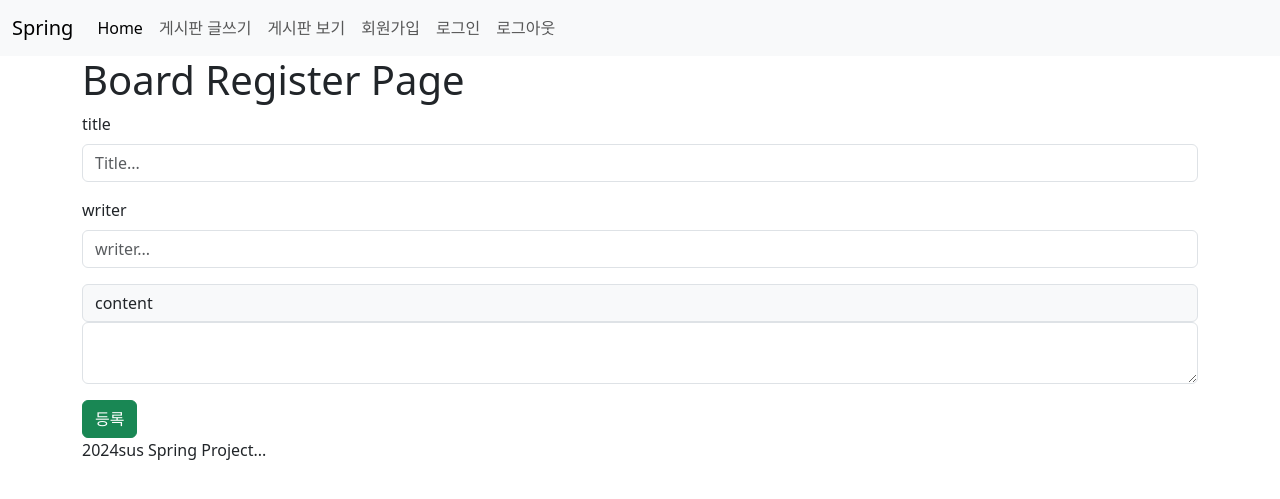
Repository: Ceciliaseon/springTest20240430
Page: http://localhost/spring_study/WEB-INF/views/board/register.jsp
An editor plug-in stored every save of this project. The page is shown before and after the next save, followed by the edit.
The browser window is 1280 px wide. The pictures show the whole page.
The page is served by Tomcat 9. Nobody is signed in. The template is opened directly, without the code that normally fills it, so the values that code supplies are empty.

Above is the page before, as saved 2024-04-24 01:12:44.

After the next save:
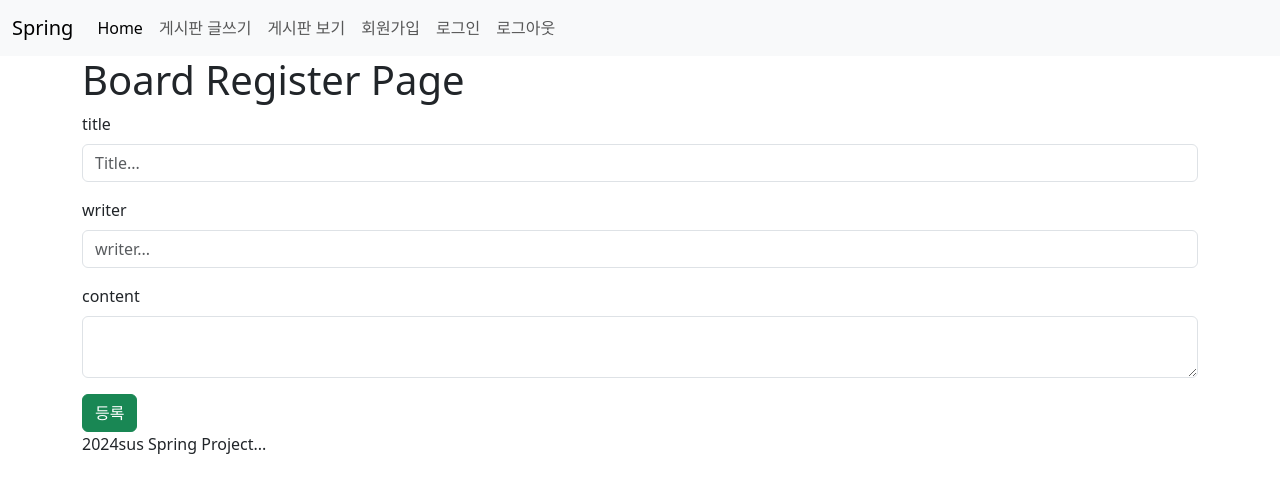
Saved 34 s later.
--- a/spring_study/src/main/webapp/WEB-INF/views/board/register.jsp
+++ b/spring_study/src/main/webapp/WEB-INF/views/board/register.jsp
@@ -14,7 +14,7 @@
 		  <input type="text" class="form-control" name="wirter" id="w" placeholder="writer...">
 		</div>
 		<div class="mb-3">
-		  <span class="input-group-text">content</span>
+		  <label for="t" class="form-label">content</label>
 		  <textarea class="form-control" name="content" aria-label="With textarea"></textarea>
 		</div>
 		<button type="submit" class="btn btn-success">등록</button>
